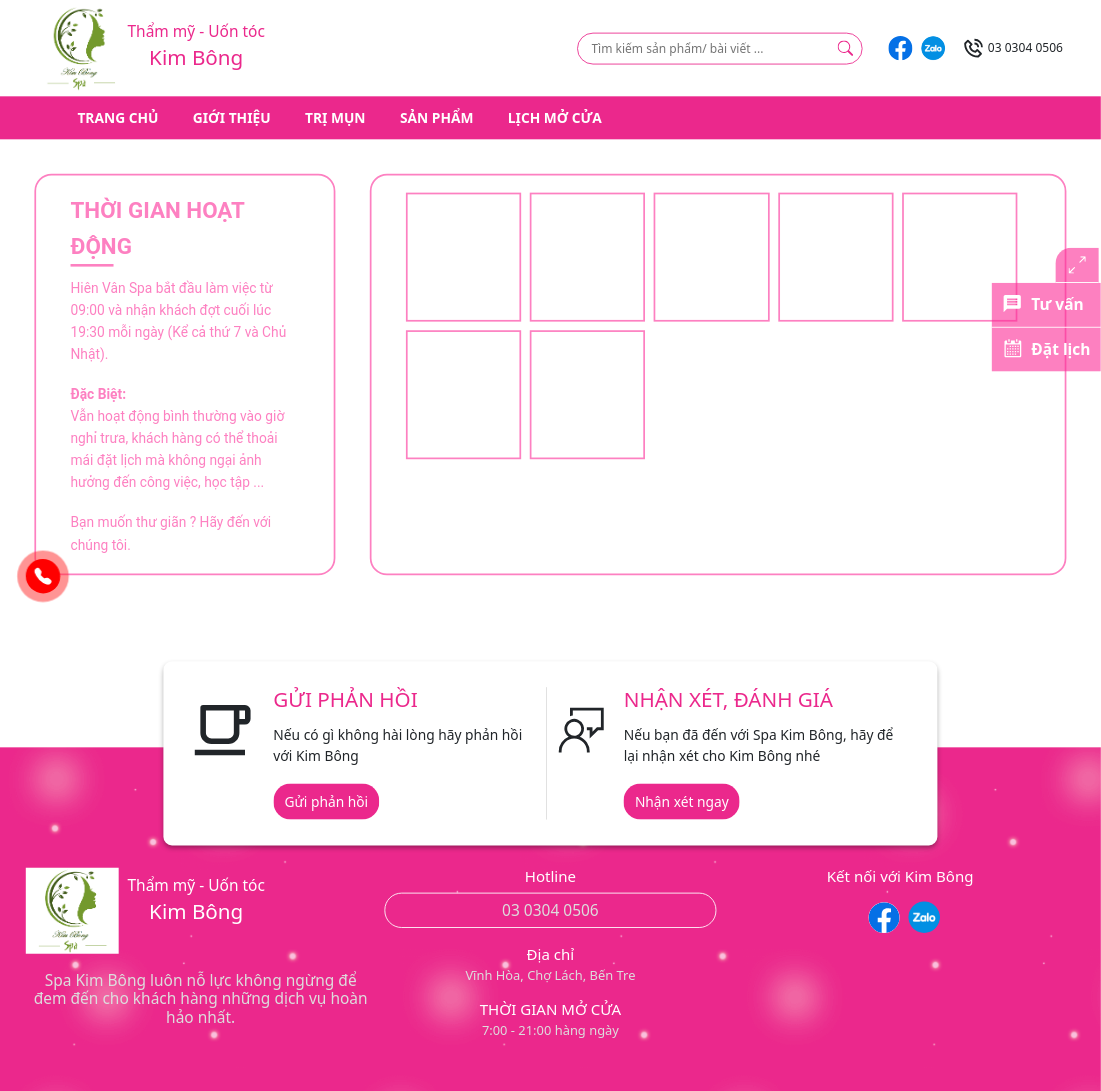
Repository: tranduykhuong/SpaKimBong
Page: /calendar
An editor plug-in stored every save of this project. The page is shown before and after the next save, followed by the edit.
The browser window is 1280 px wide. The pictures show the whole page, at 86% of full size.
The project was rebuilt for these pictures with package versions that can differ from the ones it lists, and the page was loaded fresh each time. Also part of the build but not shown: src/components/Banner/banner.scss, src/components/Banner/Banner.js, src/pages/Home/home.scss, src/pages/Home/ListImage/listImage.scss, src/pages/Home/ListImage/ListImage.js, src/pages/Home/BookOnline/bookOnl.scss, src/pages/Home/BookOnline/Modal/ModalBook/modalbook.scss, src/pages/Home/BookOnline/Modal/ModalBook/modalbook.js and 24 more.

Above is the page before, as saved 2022-06-07 00:12:20.

After the next save:
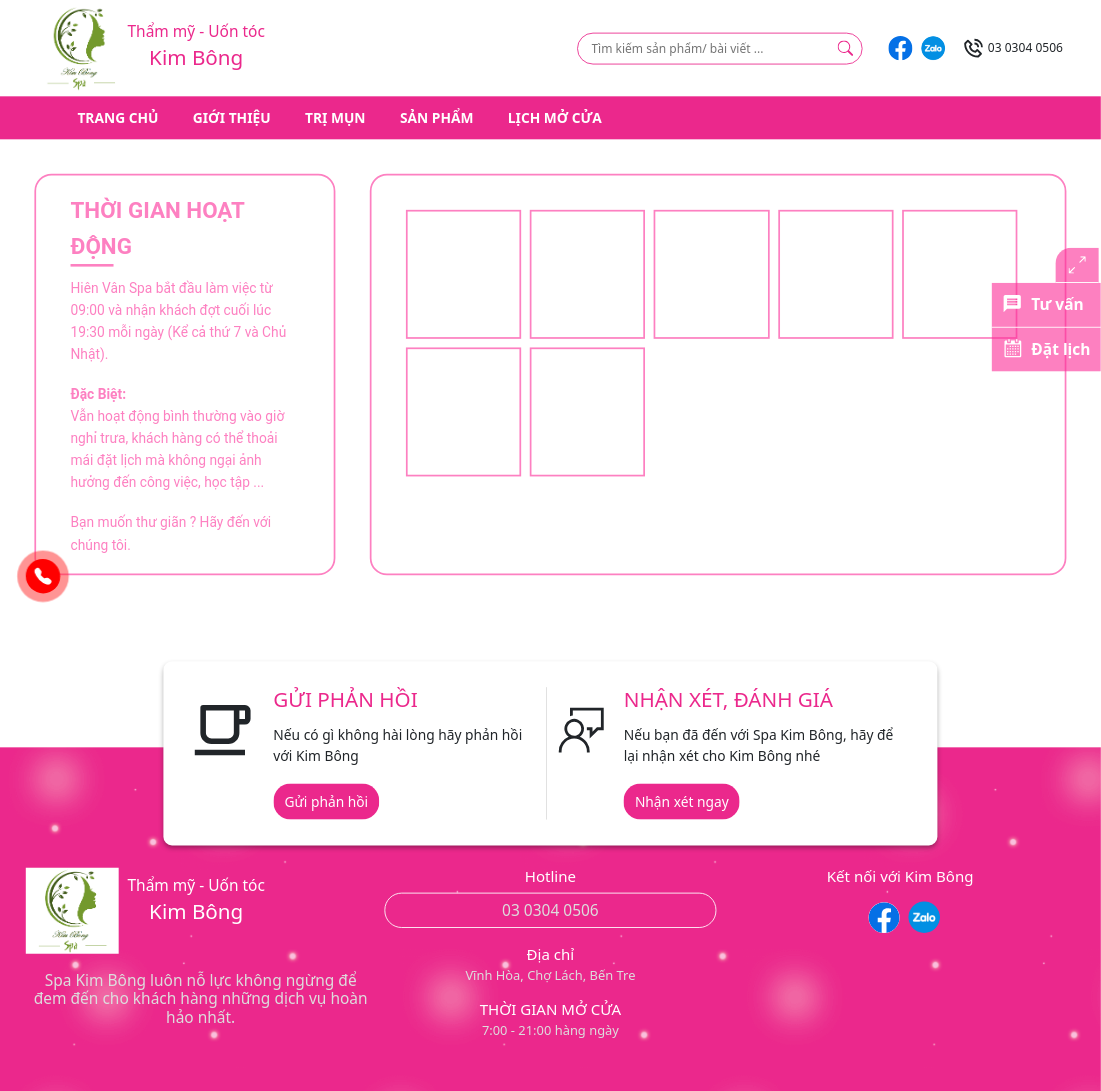
Saved 7 s later.
--- a/src/pages/Calendar/calendar.scss
+++ b/src/pages/Calendar/calendar.scss
@@ -51,7 +51,7 @@
         width: 70%;
         border: solid 2px #fd80c1;
         border-radius: 20px;
-        padding: 2rem 2rem 2rem 4rem;
+        padding: 4rem 2rem 2rem 4rem;
 
         .calendar-boxs {
           display: flex;
